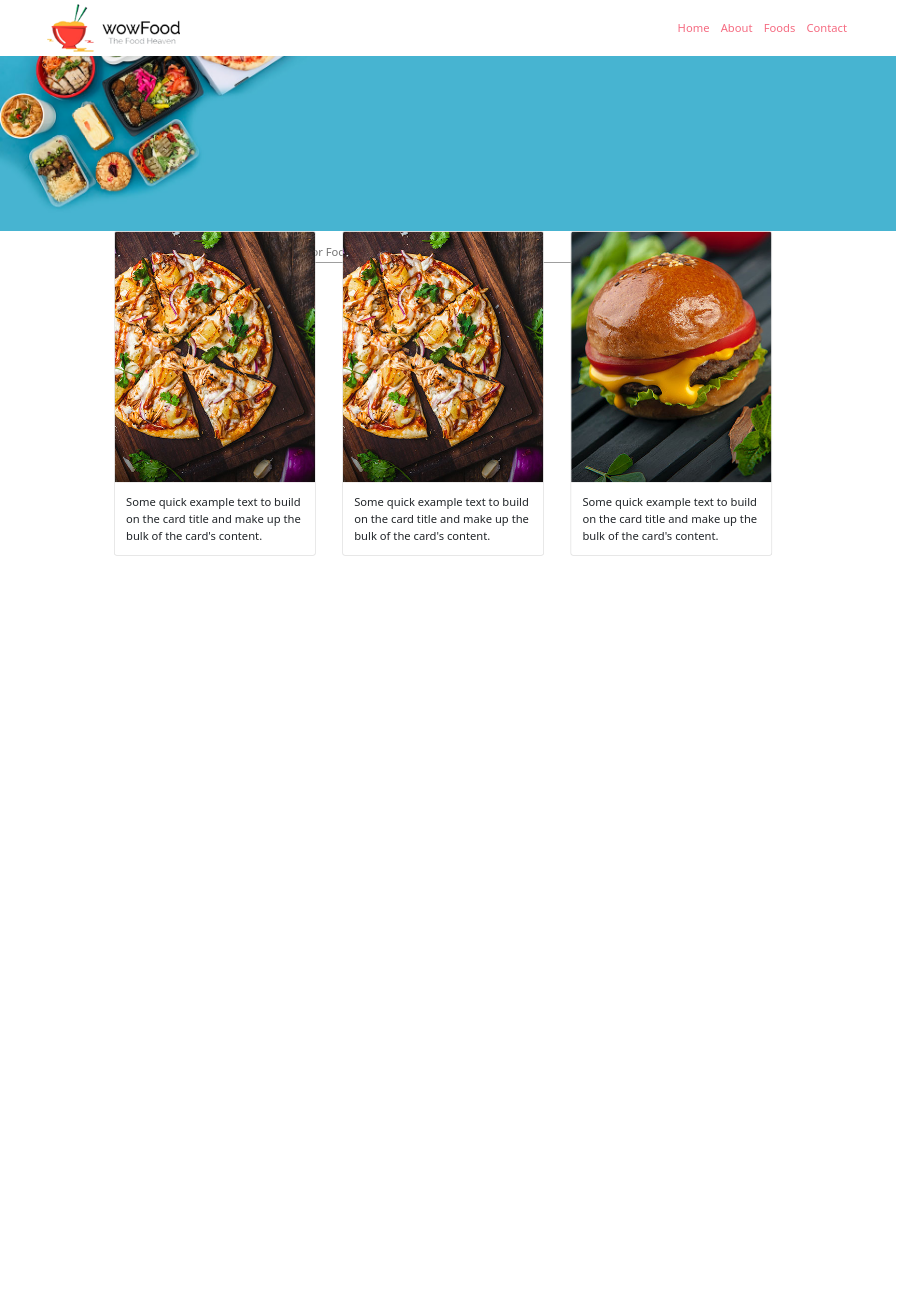
Repository: ruaruababa/RestaurantBS5
Page: html/index.html
An editor plug-in stored every save of this project. The page is shown before and after a run of saves, followed by the edit.
The browser window is 1280 px wide. The page is 1292 px wide, so the pictures cover 1292 px, including what lies to the right of the window. The pictures show the part of the page from y = 0 to 1880 px (the page is 3080 px tall), at 70% of full size.

Above is the page before, as saved 2021-09-25 17:15:51.

After the next 2 saves:
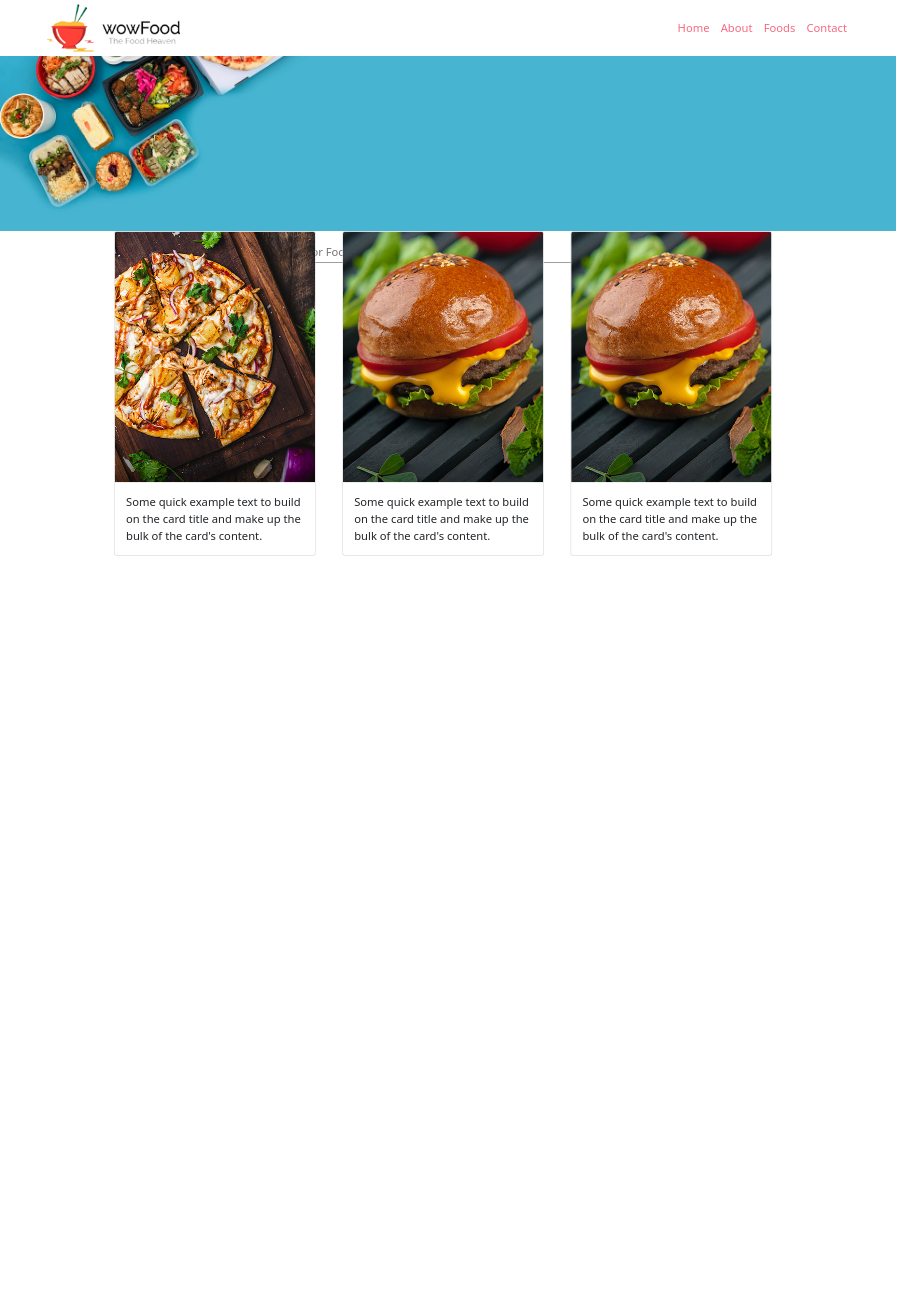
The 2 saves are shown as one change because they came seconds apart.
The last was saved 6 s later.
--- a/html/index.html
+++ b/html/index.html
@@ -71,7 +71,7 @@
             </div>
             <div class="col-sm-3">
                 <div class="card" style="width: 18rem;">
-                    <img src="/img/pizza.jpg" class="card-img-top" alt="...">
+                    <img src="/img/burger.jpg" class="card-img-top" alt="...">
                     <div class="card-body">
                         <p class="card-text">Some quick example text to build on the card title and make up the bulk of
                             the card's content.</p>
